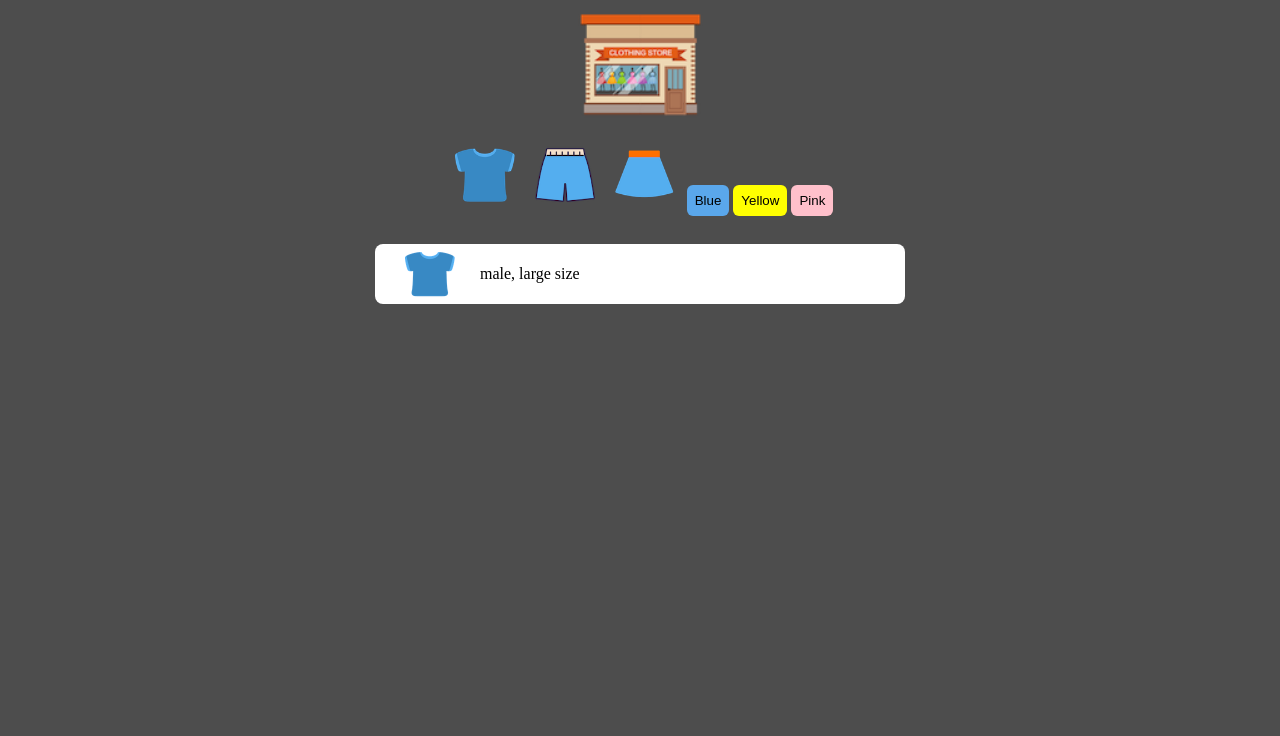
Repository: keehoonjung/Shoppingmall-Game
Page: index.html
An editor plug-in stored every save of this project. The page is shown before and after the next save, followed by the edit.
The browser window is 1280 px wide. The pictures show the whole page.

Above is the page before, as saved 2021-08-12 19:25:45.
Console error: TypeError: Cannot read properties of null (reading 'addEventListener')

### index.html
<!DOCTYPE html>
<html lang="en">
<head>
    <meta charset="UTF-8">
    <meta http-equiv="X-UA-Compatible" content="IE=edge">
    <meta name="viewport" content="width=device-width, initial-scale=1.0">
    <title>Shoppingamll Game</title>
    <link rel="stylesheet" href="style.css">
    <script src="main.js" defer></script>
</head>
<body>
    <header class="header">
        <img src="./imgs/logo.png" alt="header" class="header__logo">
    </header>
    <section class="buttons type">
        <button class="button">
            <img src="./imgs/blue_t.png" alt="shirt" class="button__img">
        </button>
        <button class="button type">
            <img src="./imgs/blue_p.png" alt="pants" class="button__img">
        </button>
        <button class="button type">
            <img src="./imgs/blue_s.png" alt="" class="button__img">
        </button>
        <button class="button color blue">
            Blue
        </button>
        <button class="button color yellow">
            Yellow
        </button>
        <button class="button color pink">
            Pink
        </button>
    </section>
    <ul class="items">
        <li class="item" data-type="shirt" data-color="blue">
            <img src="./imgs/blue_t.png" alt="blueshirt" class="item__thumbnail">
            <span class="item__description">male, large size</span>
        </li>
    </ul>
</body>
</html>

### style.css
:root {
  /* color */
  --color-white: #ffffff;
  --color-dark-grey: #4d4d4d;
  --color-blue: #73aace;
  --color-orange: #feb546;
  --color-pink: #fd7bcc;

  /* size */
  --button-img-size: 60px;

  /* fontsize */
  --font-size: 18px;

  /* animatione */
  --animation-duration: 300ms;

  /* basic space */
  --basic-space: 8px;

  /* border */
  --border-size: 6px;
}

body {
  background-color: var(--color-dark-grey);
  display: flex;
  flex-direction: column;
  justify-content: center;
  text-align: center;
  height: 100vh;
}

.button {
  outline: none;
  border: none;
  background-color: transparent;
  border-radius: var(--border-size);
  padding: var(--basic-space);
  cursor: pointer;
  transition: transform var(--animation-duration) ease-in;
}

.button:hover {
  transform: scale(1.1);
}

.button__img {
  width: var(--button-img-size);
}

.header__logo {
  width: 125px;
  cursor: pointer;
  transition: transform 300ms ease-in;
}

.header__logo:hover {
  transform: scale(1.1);
}

.filter {
  display: flex;
  justify-content: center;
  margin: 0;
  padding: 0;
  padding-left: 60px;
}

.filter__btn {
  padding-right: 24px;
}

.filter__btn img {
  height: 50px;
  cursor: pointer;
  transition: transform 300ms ease-in;
}

.filter__btn img:hover {
  transform: scale(1.1);
}

.blue {
  background-color: rgb(90, 167, 235);
}

.yellow {
  background-color: yellow;
}

.pink {
  background-color: pink;
}

.items {
  padding: 0;
  overflow-y: auto;
  height: 500px;
}

.item {
  background-color: white;
  margin-bottom: 12px;
  width: 500px;
  height: 60px;
  margin: 12px auto;
  border-radius: 8px;
  display: flex;
  align-items: center;
  padding-left: 30px;
}

.item.visible {
  display: flex;
}

.item img {
  height: 50px;
}

.item span {
  margin-left: 25px;
}

### main.js
"use strict";

const navi = document.querySelector(".filter");
const itemList = document.querySelector(".items");
const allItem = Array.from(document.querySelectorAll(".item"));
const headerLogo = document.querySelector(".header__logo");

headerLogo.addEventListener("click", () => {
  createAll();
});

navi.addEventListener("click", (evnet) => {
  const tag = event.target.tagName;
  const targetName = event.target.classList.value;
  if (tag == "IMG") {
    const items = allItem.filter((item) => item.dataset.type == targetName);
    deleteAll();
    items.forEach((item) => {
      item.classList.add("visible");
    });
  } else if (tag == "BUTTON") {
    const items = allItem.filter((item) => item.dataset.color == targetName);
    deleteAll();
    items.forEach((item) => {
      item.classList.add("visible");
    });
  }
});

function deleteAll() {
  allItem.forEach((item) => {
    item.classList.remove("visible");
  });
}

function createAll() {
  allItem.forEach((item) => {
    item.classList.add("visible");
  });
}

After the next save:
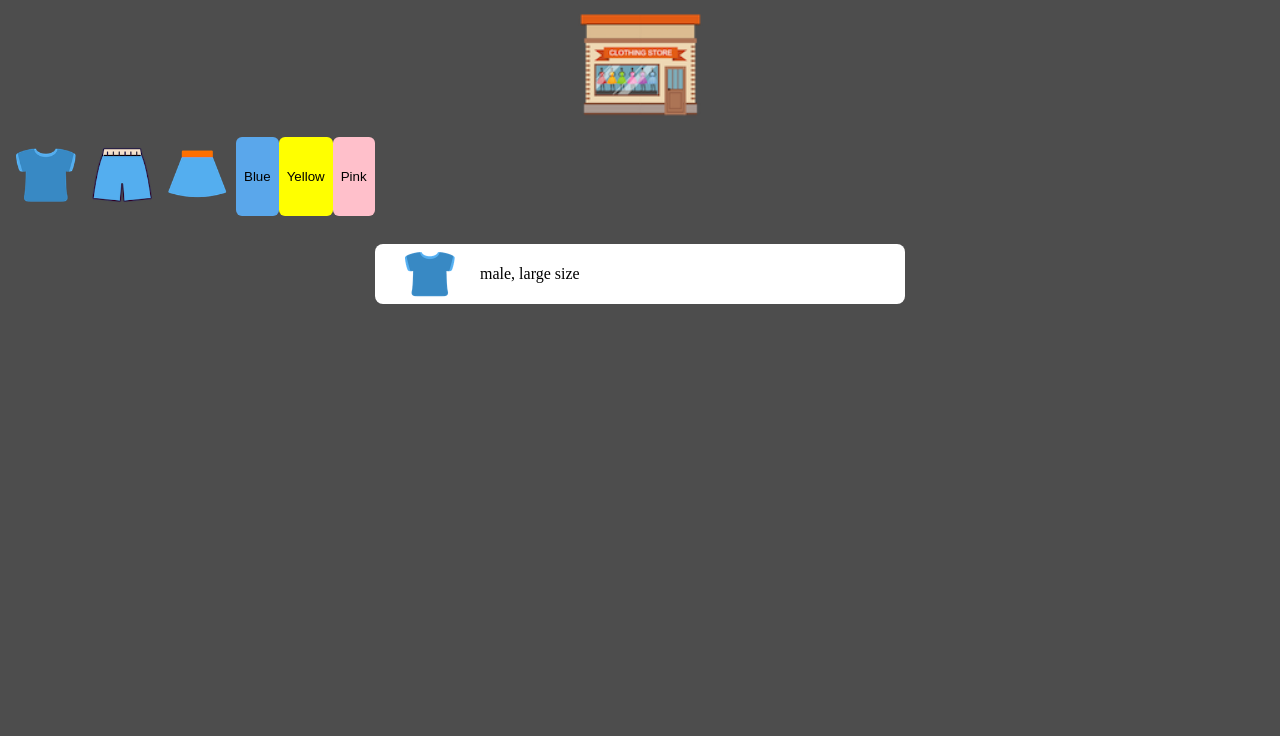
Saved 23 s later.
--- a/style.css
+++ b/style.css
@@ -29,6 +29,10 @@ body {
   justify-content: center;
   text-align: center;
   height: 100vh;
+}
+
+.buttons {
+  display: flex;
 }
 
 .button {

After the save that followed:
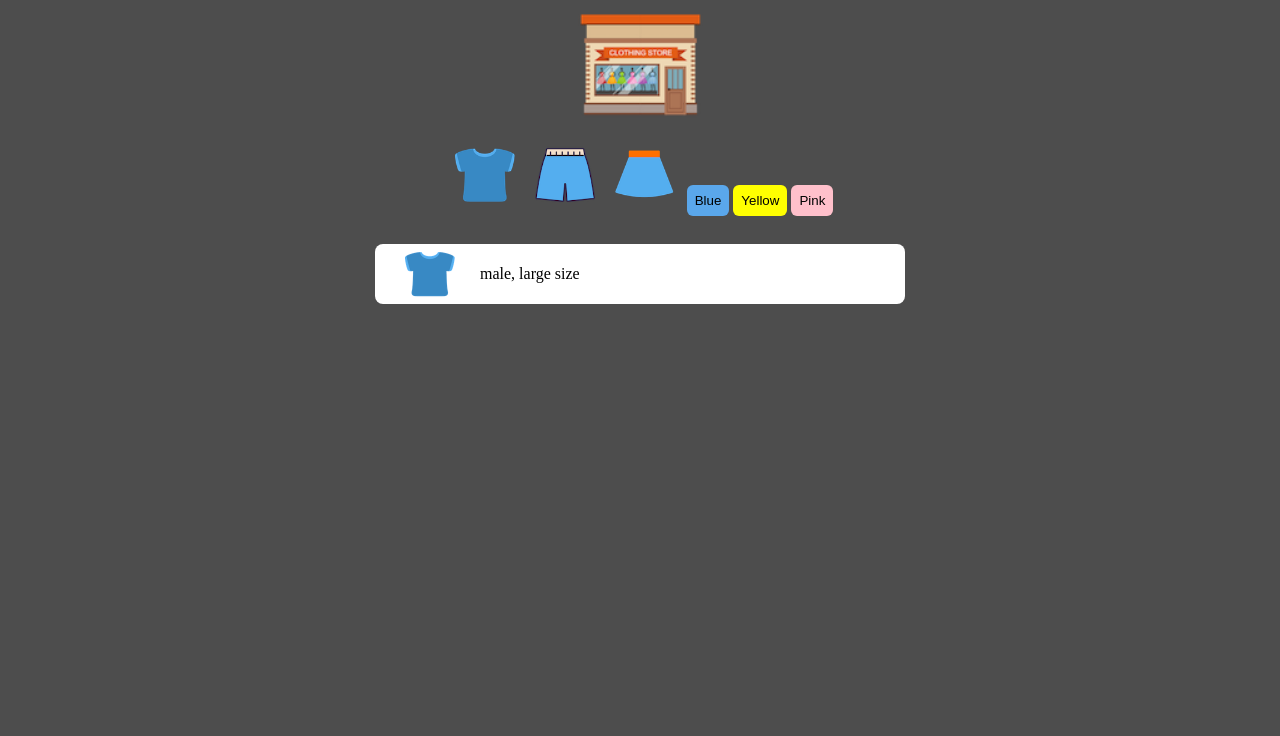
Saved 12 s later.
--- a/style.css
+++ b/style.css
@@ -32,7 +32,6 @@ body {
 }
 
 .buttons {
-  display: flex;
 }
 
 .button {
